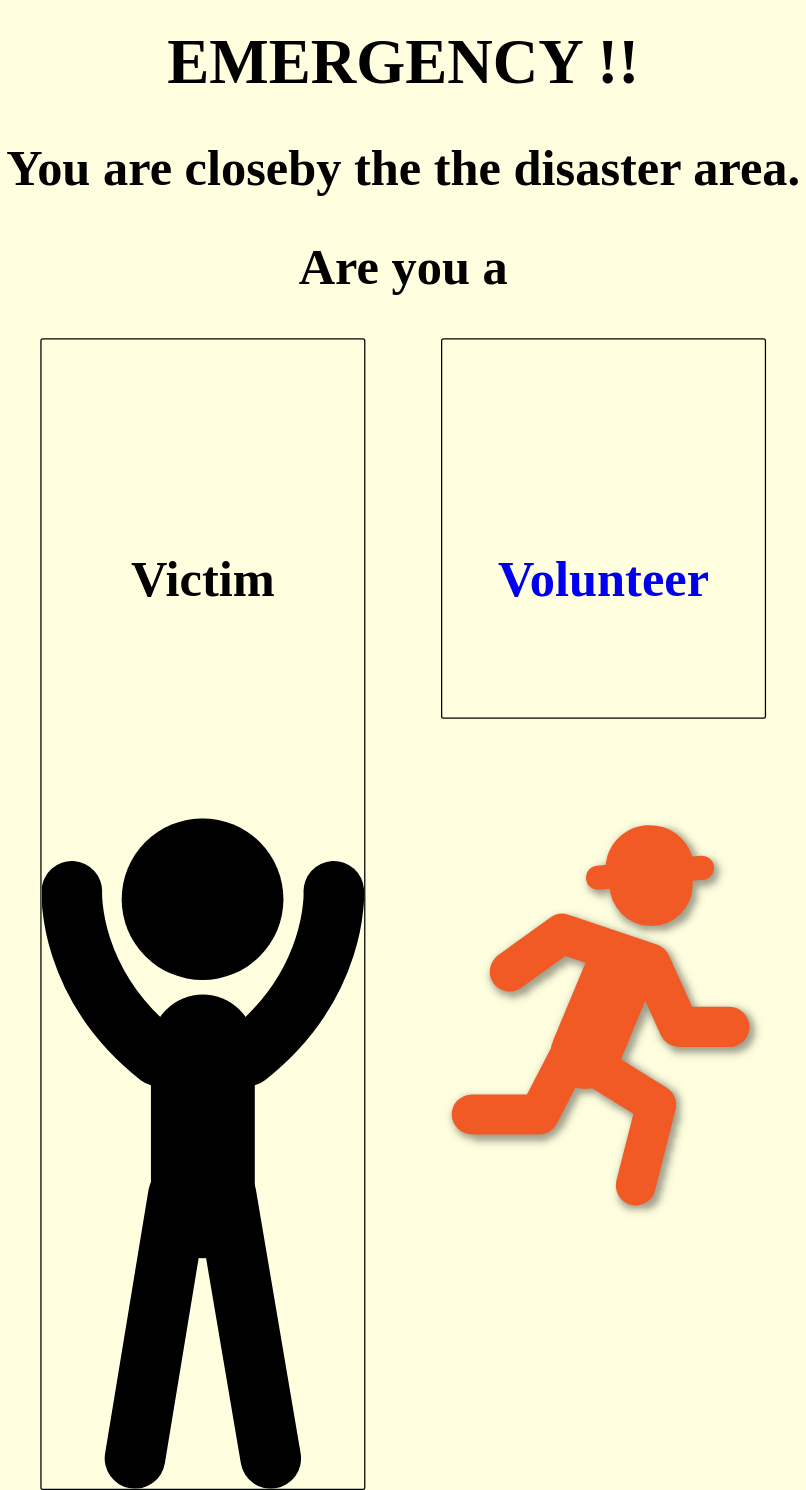
Repository: KittichoteKamalapirat/EMS-management-system
Page: http://localhost/
The author's editor kept a record of every edit. The page is drawn from the files as they stood at one moment, then again after the next edit.
The browser window is 1280 px wide. The pictures show the whole page, at 63% of full size.
Some web libraries are served in a nearby version. The page is served by the project's Node server (server.js).

Above is the page before.
Console error: ReferenceError: $ is not defined

### index.html
<!DOCTYPE>
<!DOCTYPE html>
<html>
<head>
    <meta charset = "utf-8">
    <link rel = "stylesheet" href="/css/index.css" type="text/css" />
    <script src="https://use.fontawesome.com/804afe4c6e.js"></script>

    <!--<link rel = "stylesheet" href="/css/hamburger.css" type="text/css" />-->
    <!--<script src="https://ajax.googleapis.com/ajax/libs/jquery/3.3.1/jquery.min.js"></script>-->


</head>

<body>
    <header class = "head-list">
        <h1 class = "head-tag">EMERGENCY !!</h1>

        <h2 class = "head-tag">You are closeby the the disaster area.</h2>
        <h2 class = "head-tag">Are you a</h2>


    </header>
    <div class = "splet-boxes">
    <div class="left-box">
        <p>Victim</p>
        <img class='people' src="/images/victim.svg"></img>
    </div>

    <a href="/skills"><div class="right-box">

        <p>Volunteer</p>
        <img class='people' src="/images/responder.svg"></img>
    </div>
    </a>
    </div>

    <script src='/javascript/index.js'></script>

</body>

</html>

### server.js
const express = require('express')
const path = require('path')
const app = express();
const PORT = process.env.PORT || 8080;

app.use(express.static('public'))

// render map
app.get('/map',(req,res) => res.sendFile(__dirname + '/map.html'))

app.get('/',(req,res) => res.sendFile(__dirname + '/index.html'))

app.get('/skills',(req,res) => res.sendFile(__dirname + '/skills.html'))

// app.get('/loading',(req,res) => res.sendFile(__dirname + '/loading.html'))


app.get('/loading',(req,res) => {
    res.sendFile(__dirname + '/loading.html')
})


app.get('/approve',(req,res) => res.sendFile(__dirname + '/approve.html'))






app.listen(PORT, () => console.log('Server Started...'));

### public/css/index.css
body {
  background: #FFFFE0;
}

  /* Always set the map height explicitly to define the size of the div
       * element that contains the map. */
      #map {
        height: 100%;
      }
      /* Optional: Makes the sample page fill the window. */
      html, body {
        height: 100%;
        margin: 0;
        padding: 0;
      }


/*modal box*/

.head-tag{
  margin-top: 40px;
}
.bg-modal {
  width:100%;
  height: 100%;
  background-color: rgba(0, 0, 0, 0.8);
  position: absolute;
  top: 0;
  display: none;
  justify-content: center;
  align-items: center; }


.bg-modal .close {
  position: absolute;
  font-size: 3rem;
　right: 1rem;
  top: 0, 5rem;
  transform: rotate(45deg);
  cursor: pointer; }


.box{
  display: grid¥;
  justify-content: center;
  margin: 0 auto;
  padding: 5rem;
  width: 50%;
  background-color: white;
  position: relative;
 }

 /*html1について*/
.header {
  height: 100px;
  width:100%;

}
.splet-boxes {
  margin-top: 40px;
}

.left-box {
  margin-left:5%;
  font-size: 80px;
  float: left;
  width:40%;
  text-align: center;

  line-height: 600px;
  cursor: pointer;
  border-radius: 4px;
  border: 2px solid black;
}
p {
  font-weight: bold;

}

.right-box {
  margin-right:5%;
  font-size: 80px;
  float: right;
  width:40%;
  text-align: center;
  height: 600px;
  line-height: 600px;
  cursor: pointer;
  border-radius: 4px;
  border: 2px solid black;
}
.left-box p:hover {
  background: #FF0000;
  opacity: 0.7;

}
.right-box p:hover {
  background: #66FF99;
  opacity: 0.7;
}


/*html２について*/
.select-skill {
  font-size: 100px;
  text-align: center;
  font-weight: bold;
  margin-top: 100px;
}
li > input {
  position:relative;
   width: 50px;
   height:50px;
  float: left;
  margin: 50px 40px 0 20px;
  transform:scale(1.5);
}

.scrollWrap {
  width: 100%;
  margin: 0px auto;
  overflow: auto;
}
.scrollContent ul {
  margin-top: 50px;
  list-style: none;
  background: white;
  padding: 0;
  position: relative;
}
.scrollContent ul li {
  margin-bottom: 30px;
  font-size: 30px;
  height: 150px;
  line-height: 150px;
  border:1px solid black;
  border-left: solid 6px #2d8fdd;
  position: relative;
}
.selected {
  background: #FFDDFF;
  opacity: 0.5;
}
/*スクロールバーの幅*/
::-webkit-scrollbar {
    width: 6px;
}
/*スクロールバーのレール*/
::-webkit-scrollbar-track {
  border-radius: 30px;
  background: #eee;
}
/*スクロールバーのつまみ*/
::-webkit-scrollbar-thumb {
  border-radius: 30px;
  background: #81D4FA;
}

a {
  text-decoration: none;
}

#decide {
  margin:100px auto 100px;
  font-size: 60px;
  width: 600px;
  padding: 20px 60px 30px 60px;
  text-align: center;
  display: block;
  color: white;
  background: rgb(34,181,115);
　font-size: 70px;
　border-radius: 20px;
　text-align: center;
　line-height: 100px;
}


/*html3について*/


h1 {
  text-align: center;
  font-size: 100px;
}


h2 {
  text-align: center;
  font-size: 80px;
}


h3 {
  text-align: center;
  font-size: 50px;
}


.loading {
  margin-top: 300px;
}

.icon {
  margin: 0 auto;
  width: 100%;
  text-align: center;
  font-size: 100px;
  transition: .4s;
}
.wait {
  margin-top: 0;
}
.thanks {
  margin: 0 auto;
  width: 100%;
  text-align: center;
  font-size: 100px;
}

.container{
    margin: 0 auto;
    text-align:center;
}
.can {
  margin-top: 300px;
}

#loading{
    margin: 0 auto;
    display: block;
    width: 400px;
}
.fa-check-circle:before {
  color: rgb(34,181,115);
}

.go {
  margin:350px auto 100px;
  text-decoration: none;
  text-align: center;
  font-size: 50px;
  border:1px solid black;
  border-radius: 5px;
  display: block;
  color:white;
  background: rgb(34,181,115);
  width:600px;
  height: 100px;
  line-height: 100px;
}


/*direction button for map page*/

#map{
  position: fixed;
  z-index:0;
}
.direction-button{
  font-size: 20px;
  position: relative;
  color: white;
  bottom: 60px;
  left: 20px;
  z-index:10;
  padding: 10px 20px;
  border-radius: 5px;
  background-color: rgb(0,113,188);
  box-shadow: 5px 5px 5px rgba(0, 0, 0, .5);
}

### public/images/victim.svg
<svg xmlns="http://www.w3.org/2000/svg" viewBox="0 0 74.54 155"><defs><style>.cls-1,.cls-2{fill:none;stroke:#000;stroke-linecap:round;stroke-linejoin:round;}.cls-1{stroke-width:24px;}.cls-2{stroke-width:14px;}</style></defs><title>Asset 2</title><g id="Layer_2" data-name="Layer 2"><g id="Layer_1-2" data-name="Layer 1"><circle cx="37.2" cy="18.69" r="18.69"/><line class="cls-1" x1="37.27" y1="52.73" x2="37.27" y2="89.72"/><path class="cls-2" d="M7,16.87S5.89,38.16,27.18,55"/><line class="cls-2" x1="31.62" y1="87" x2="21.58" y2="148"/><path class="cls-2" d="M67.53,16.87S68.65,38.16,47.36,55"/><line class="cls-2" x1="42.62" y1="87" x2="52.96" y2="148"/></g></g></svg>

### public/images/responder.svg
<svg xmlns="http://www.w3.org/2000/svg" xmlns:xlink="http://www.w3.org/1999/xlink" viewBox="0 0 95 118"><defs><style>.cls-1{isolation:isolate;}.cls-2{opacity:0.38;mix-blend-mode:multiply;}.cls-3{fill:#f15a24;}</style></defs><title>Asset 7</title><g class="cls-1"><g id="Layer_2" data-name="Layer 2"><g id="Layer_1-2" data-name="Layer 1"><image class="cls-2" width="95" height="118" xlink:href="data:[embedded picture, 5506 characters]"/><circle class="cls-3" cx="61.52" cy="19.45" r="12.27"/><rect class="cls-3" x="42.26" y="12.49" width="37.87" height="7.1" rx="3.55" transform="translate(-1.25 5.9) rotate(-5.47)"/><path class="cls-3" d="M74.13,13.85l.09.94-26.07,2.5-.09-.95a13.09,13.09,0,1,1,26.07-2.49Z"/><path class="cls-3" d="M84.6,67.33H69.76a5.93,5.93,0,0,1-5.39-3.47L57,47.54h0l-20.74-7h0l-13,9.36a5.89,5.89,0,0,1-8.31-1.47,6.06,6.06,0,0,1,1.66-8.24l15.25-11a5.93,5.93,0,0,1,5.33-.81l26,8.73a5.93,5.93,0,0,1,3.5,3.16l6.9,15.2,0,0H84.33a6.05,6.05,0,0,1,6.15,5.73A5.88,5.88,0,0,1,84.6,67.33Z"/><path class="cls-3" d="M57,114a6,6,0,0,1-1.45-.18,5.89,5.89,0,0,1-4.26-7.16l5-19.66s0,0,0,0l-17-10.55A6.07,6.07,0,0,1,37,68.31a5.89,5.89,0,0,1,8.19-2l20.91,13a5.9,5.9,0,0,1,2.61,6.48l-6.06,23.84A5.88,5.88,0,0,1,57,114Z"/><path class="cls-3" d="M42.11,79.7A10.42,10.42,0,0,1,37,78.33a10.53,10.53,0,0,1-4.24-13.21l9.13-21.88a10.53,10.53,0,0,1,12.74-6.16A10.3,10.3,0,0,1,61,50.87L51.62,73.36A10.3,10.3,0,0,1,42.11,79.7Z"/><path class="cls-3" d="M28.52,93.07H8.93a6.06,6.06,0,0,1-6.16-5.73,5.88,5.88,0,0,1,5.88-6H24.94a0,0,0,0,0,0,0L34.4,63.05a5.88,5.88,0,1,1,10.45,5.41L33.77,89.88A5.92,5.92,0,0,1,28.52,93.07Z"/></g></g></g></svg>

### public/javascript/index.js
// turn 3 stripes to X
$("#hamburger").click(function(){
  $("#hamburger").toggleClass("is-active")
});

// toggle nav bar
$("#hamburger").click(function(){
  $("ul").toggleClass("active")
});

// $("#hamburger").click(function(){
//   $(".backtohome").toggleClass("not-active")
// });

After the next edit:
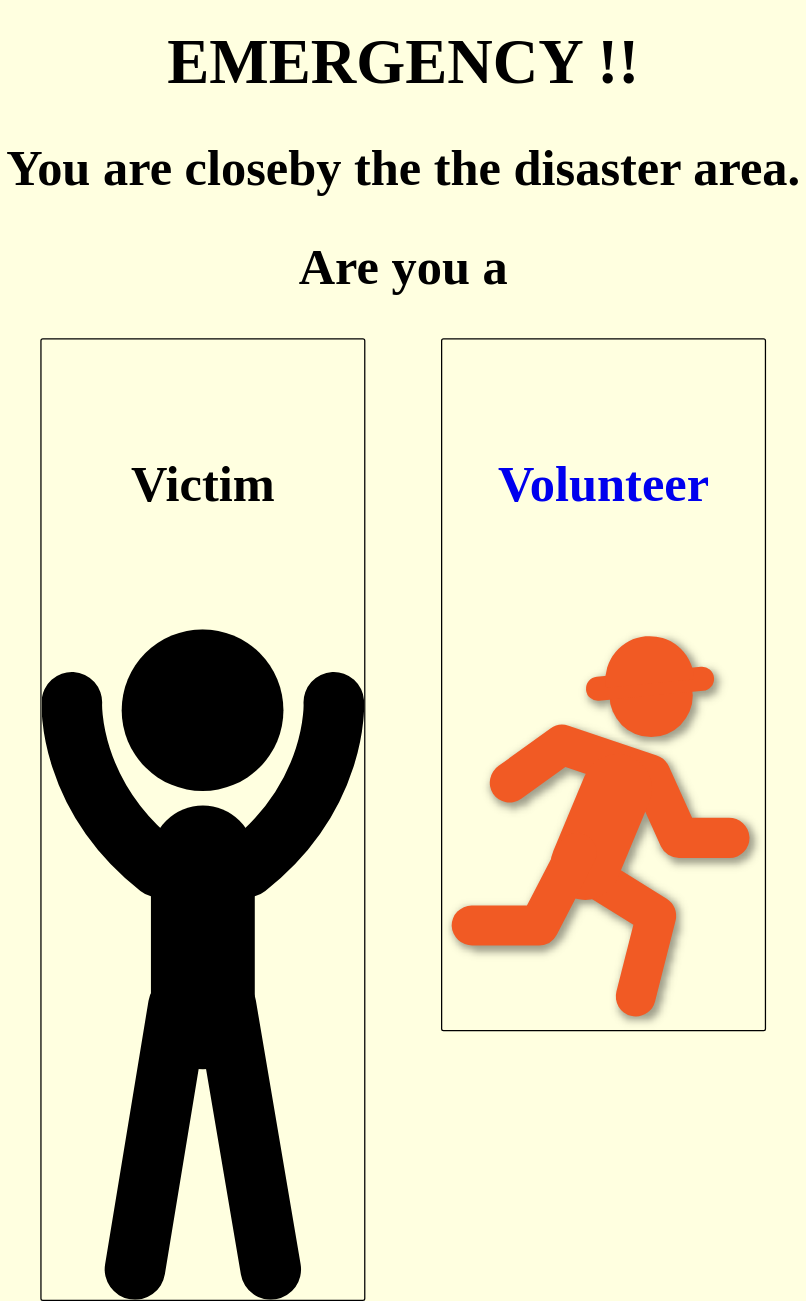
The edit:
--- a/public/css/index.css
+++ b/public/css/index.css
@@ -66,9 +66,8 @@
   float: left;
   width:40%;
   text-align: center;
-
-  line-height: 600px;
   cursor: pointer;
+  line-height: 300px;
   border-radius: 4px;
   border: 2px solid black;
 }
@@ -83,8 +82,7 @@
   float: right;
   width:40%;
   text-align: center;
-  height: 600px;
-  line-height: 600px;
+  line-height: 300px;
   cursor: pointer;
   border-radius: 4px;
   border: 2px solid black;
